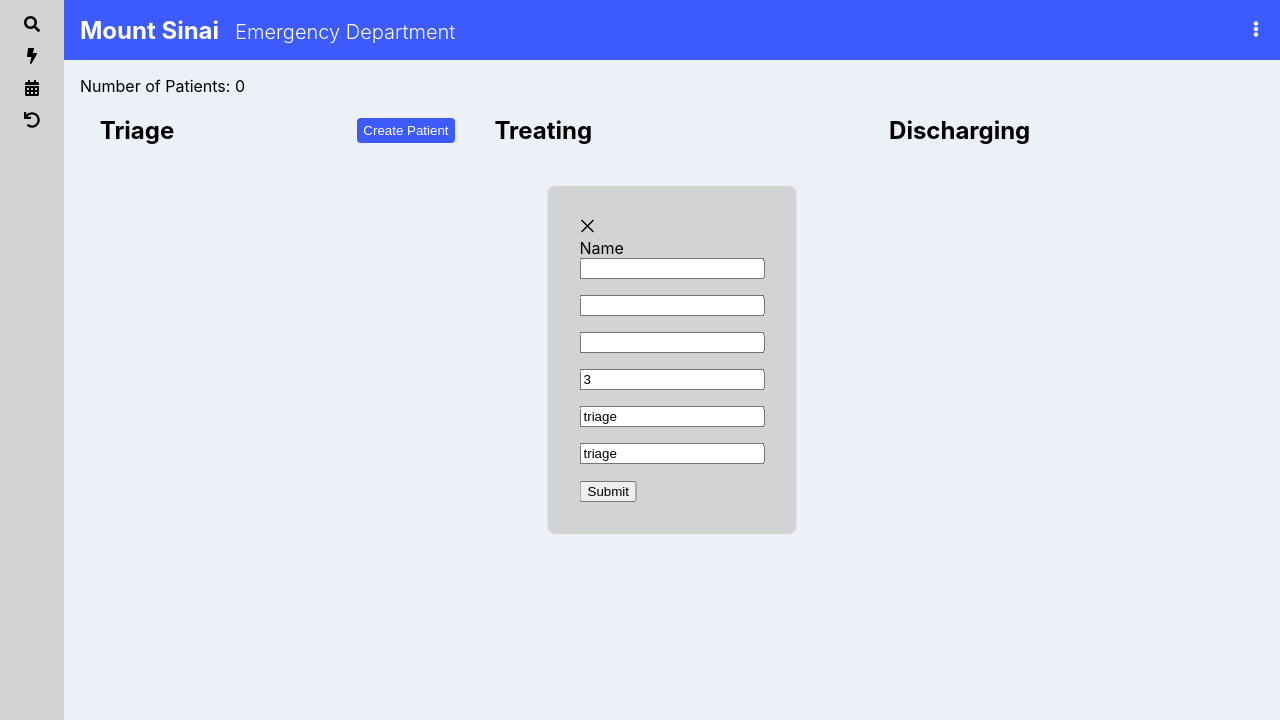
Repository: kosenijr/triage-app
Page: /, after clicking the first element matching `button.App_61351_triage-header-button`
An editor plug-in stored every save of this project. The page is shown before and after the next save, followed by the edit.
The browser window is 1280 px wide. The pictures show the whole page.
The page's requests for data from a server got no answer. The project was rebuilt for these pictures with package versions that can differ from the ones it lists, and the page was loaded fresh each time. No one was signed in, and anything a server would have sent is missing. Also part of the build but not shown: src/styles/PatientCard.module.css, src/components/PatientCard.js.

Above is the page before, as saved 2022-11-16 20:08:14.

### src/App.js
import React, { useEffect, useState } from 'react';
import { FaEllipsisV, FaSearch, FaBolt, FaCalendarAlt, FaUndo } from "react-icons/fa";
import styles from '../src/styles/App.module.css'
import '../src/styles/Global.module.css'
import { ROUTES } from '../src/constants'
import PatientCard from './components/PatientCard'
import Modal from './components/Modal'

const log = console.log;

function App() {

  const [patientRecords, setPatientRecords] = useState([]);
  const [numOfPatients, setNumOfPatients] = useState(0);
  const [isModalOpen, setIsModalOpen] = useState(false);



  useEffect(() => {
    fetch(ROUTES['GET_ALL_PATIENTS'])
      .then(res => res.json())
      .then(res => setPatientRecords(res))
  }, []);

  useEffect(() => {
    setNumOfPatients(patientRecords.length);
  }, [patientRecords]);

  const onRoomAssignment = (patient, room) => {
    // const oldPatientRecord = patient;
    const newPatientRecord = {
      id: patient.id,
      name: patient.name,
      dob: patient.dob,
      complaint: patient.complaint,
      priority: patient.priority,
      room: patient.room,
      stage: 'treating'
    }


    setPatientRecords(patientRecords.map((record) => {
      if (record.id === patient.id) {
        record.room = room;
        record.stage = 'treating';
      }
      return record;
    }));

    const requestOptions = {
      method: 'PUT',
      body: JSON.stringify(newPatientRecord),
    };

    fetch(ROUTES['GET_EACH_PATIENT'], requestOptions)
      .then(result => result.json())
      .catch(error => console.log('error', error));
  }

  const onCreatePatient = (patient) => {
    const requestOptions = {
      method: 'POST',
      body: JSON.stringify(patient),
    };

    fetch(ROUTES['GET_EACH_PATIENT'], requestOptions)
      .then(result => result.json())
      .then(patient => console.log(patient))
      .then(patient => setPatientRecords([...patientRecords, patient]))
      .catch(error => console.log('error', error));
  }


  const onStartDischarge = (patient) => {
    const newPatientRecord = {
      id: patient.id,
      name: patient.name,
      dob: patient.dob,
      complaint: patient.complaint,
      priority: patient.priority,
      room: 'discharging-room',
      stage: 'discharging'
    }


    setPatientRecords(patientRecords.map((record) => {
      if (record.id === patient.id) {
        record.room = 'discharging-room';
        record.stage = 'discharging';
      }
      return record;
    }));

    const requestOptions = {
      method: 'PUT',
      body: JSON.stringify(newPatientRecord),
    };

    fetch(ROUTES['GET_EACH_PATIENT'], requestOptions)
      .then(result => result.json())
      .then(result => console.log(result))
      .catch(error => console.log('error', error));


  }

  const onCompleteDischarge = (patient) => {
    setPatientRecords(patientRecords.filter((record) => record.id !== patient.id));

    const requestOptions = {
      method: 'DELETE',
    };

    fetch(`${ROUTES['GET_EACH_PATIENT']}/${patient.id}`, requestOptions)
      .then(result => result.json())
      .then(result => console.log(result))
      .catch(error => console.log('error', error));

  }
  return (
    <div className={styles['App']}>
      <div className={styles['left-nav']}>
        <FaSearch className='mb-4 mt-4' />
        <FaBolt className='mb-4' />
        <FaCalendarAlt className='mb-4' />
        <FaUndo className='mb-4' />
      </div>
      <div className={styles['right-content']}>
        {isModalOpen && <Modal onCreatePatient={onCreatePatient} setIsModalOpen={setIsModalOpen} />}
        <header className={styles['header']}>
          <div>
            <span className={styles['title']}>Mount Sinai</span>
            <span className={styles['sub-title']}>Emergency Department</span>
          </div>
          <div>
            <FaEllipsisV />

          </div>
        </header>
        <div className={styles['patient-content']}>
          <div><span>Number of Patients: </span><span>{numOfPatients}</span></div>

          <div className={styles['processing']}>
            <div className={styles['process-columns']}>
              <div className={styles['triage-header']}>
                <h2>Triage</h2>
                <button className={styles['triage-header-button']} onClick={() => setIsModalOpen(!isModalOpen)}>Create Patient</button>
              </div>
              {patientRecords.map((patient, index) => {
                // log(patient)
                if (patient?.stage === 'triage') {
                  return (
                    <PatientCard key={index} patient={patient} updateRoomAssignment={onRoomAssignment} />
                  )
                }

              })}
            </div>
            <div className={styles['process-columns']}>
              <h2>Treating</h2>
              {patientRecords.map((patient, index) => {
                // log(patient.name, patient.stage);
                if (patient?.stage === 'treating') {
                  return (
                    <PatientCard key={index} patient={patient} updateRoomAssignment={onRoomAssignment} onStartDischarge={onStartDischarge} />
                  )
                }

              })}

            </div>
            <div className={styles['process-columns']}>
              <h2>Discharging</h2>
              {patientRecords.map((patient, index) => {

                if (patient?.stage === 'discharging') {
                  return (
                    <PatientCard key={index} patient={patient} updateRoomAssignment={onRoomAssignment} onCompleteDischarge={onCompleteDischarge} />
                  )
                }

              })}
            </div>
          </div>
        </div>
      </div>
    </div>
  );
}

export default App;

// styles is a regular object

### src/styles/App.module.css
.App {
  height: 100vh;
  width: 100vw;
  display: relative;
  overflow-y: hidden;
}

.left-nav {
  display: none;
}

.right-content {
  position: relative;
}

.patient-content {
  background-color: #ecf1f7;
  height: content-box;
  overflow-y: scroll;
  position: absolute;
  top: 60px;
  right: 0;
  left: 0;
  bottom: 0;
  padding: 1rem 1rem 4rem 1rem;
}

.header {
  display: flex;
  justify-content: space-between;
  align-items: center;
  /* height: 100px; */
  background-color: #3d5afc;
  color: white;
  padding: 1rem;
}

.triage-header {
  display: flex;
  align-items: center;
  justify-content: space-between;
}

.triage-header-button {
  background-color: #3d5afc;
  color: white;
  border: none;
  border-radius: 4px;
  padding: 0.3rem 0.4rem;
  cursor: pointer;
}

.title {
  font-size: 24px;
  font-weight: 700;
}

.sub-title {
  display: block;
  font-size: 20px;
  font-weight: 300;
}

.patient-card {
  max-width: 400px;
}

@media screen and (min-width: 700px) {
  .sub-title {
    display: initial;
    padding-left: 1rem;
  }
}

@media screen and (min-width: 768px) {
  .processing {
    display: flex;
    justify-content: space-around;
  }

  .process-columns {
    width: 30%;
  }
}

@media screen and (min-width: 800px) {
  .App {
    display: flex;
  }

  .left-nav {
    background-color: lightgray;
    display: flex;
    flex-direction: column;
    width: 5%;
    align-items: center;
  }

  .right-content {
    width: 95%;
  }
}

### src/styles/Global.module.css
:global(.mb-4) {
  margin-bottom: 1rem;
}

:global(.mt-4) {
  margin-top: 1rem;
}

:global(.font-bold) {
  font-weight: 700;
}

### src/constants.js
const BASE_URL = 'https://cw4ccp3r5d.execute-api.us-east-2.amazonaws.com';
const ENV = '/Prod';
export const ROUTES = {
    GET_ALL_PATIENTS: `${BASE_URL}${ENV}/patients`,

}

### src/components/Modal.js
import React, { useState } from 'react'
import styles from '../styles/Modal.module.css'
import { GrClose } from "react-icons/gr";



export default function Modal({ onCreatePatient, setIsModalOpen }) {
    const [name, setName] = useState('');
    const [dob, setDOB] = useState('');
    const [complaint, setComplaint] = useState('');
    const [priority, setPriority] = useState(3);
    const [room, setRoom] = useState('triage');
    const [stage, setStage] = useState('triage');


    const onSubmit = (e) => {
        e.preventDefault();
        const patient = {
            name,
            dob,
            complaint,
            priority,
            room,
            stage
        }
        onCreatePatient(patient);
    }

    return (
        <div className={styles['modal']}>
            < GrClose className={styles['cancel-modal']} onClick={() => setIsModalOpen(false)} />
            <form action="">
                <div className={styles['input-group']}>
                    <label htmlFor="name">Name</label>
                    <input type="text" value={name} id="name" onChange={(e) => setName(e.target.value)} />
                </div>

                <div className="{styles['input-group']"></div>
                <input type="text" value={dob} onChange={(e) => setDOB(e.target.value)} />
                <div className="{styles['input-group']"></div>
                <input type="text" value={complaint} onChange={(e) => setComplaint(e.target.value)} />
                <div className="{styles['input-group']"></div>
                <input type="text" value={priority} onChange={(e) => setPriority(e.target.value)} />
                <div className="{styles['input-group']"></div>
                <input type="text" value={room} onChange={(e) => setRoom(e.target.value)} />
                <div className="{styles['input-group']"></div>
                <input type="text" value={stage} onChange={(e) => setStage(e.target.value)} />
                <button onClick={(e) => onSubmit(e)}>Submit</button>
            </form>
        </div>

    )
}

### src/styles/Modal.module.css
.modal {
  position: absolute;
  top: 50%;
  left: 50%;
  transform: translate(-50%, -50%);

  background-color: lightgray;
  padding: 2rem;
  border-radius: 0.5rem;
  z-index: 1;
}

.modal form input {
  display: block;
  margin-bottom: 1rem;
}

.cancel-modal {
  cursor: pointer;
}

Loaded but not shown: public/index.html (common file); src/index.js (common file); src/index.css (common file); src/reportWebVitals.js (common file)

After the next save:
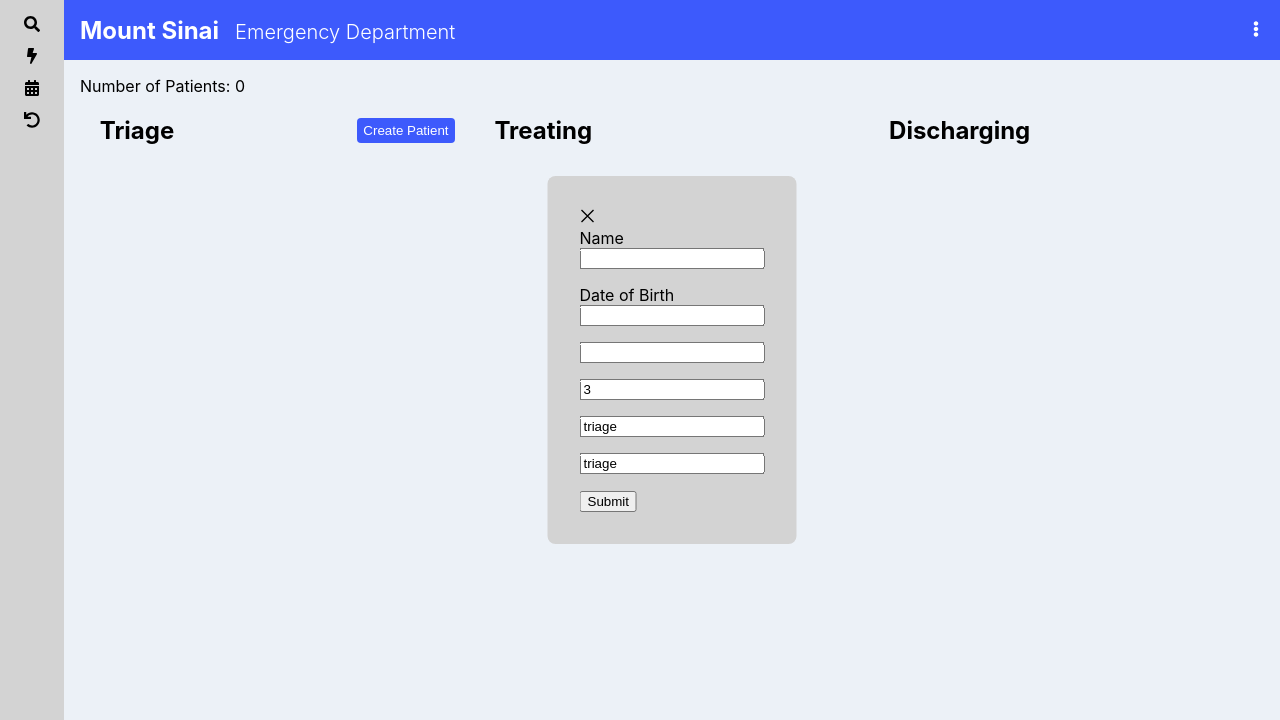
Saved 15 s later.
--- a/src/components/Modal.js
+++ b/src/components/Modal.js
@@ -35,7 +35,7 @@
                     <input type="text" value={name} id="name" onChange={(e) => setName(e.target.value)} />
                 </div>
 
-                <div className="{styles['input-group']"></div>
+                <div className="{styles['input-group']">Date of Birth</div>
                 <input type="text" value={dob} onChange={(e) => setDOB(e.target.value)} />
                 <div className="{styles['input-group']"></div>
                 <input type="text" value={complaint} onChange={(e) => setComplaint(e.target.value)} />
